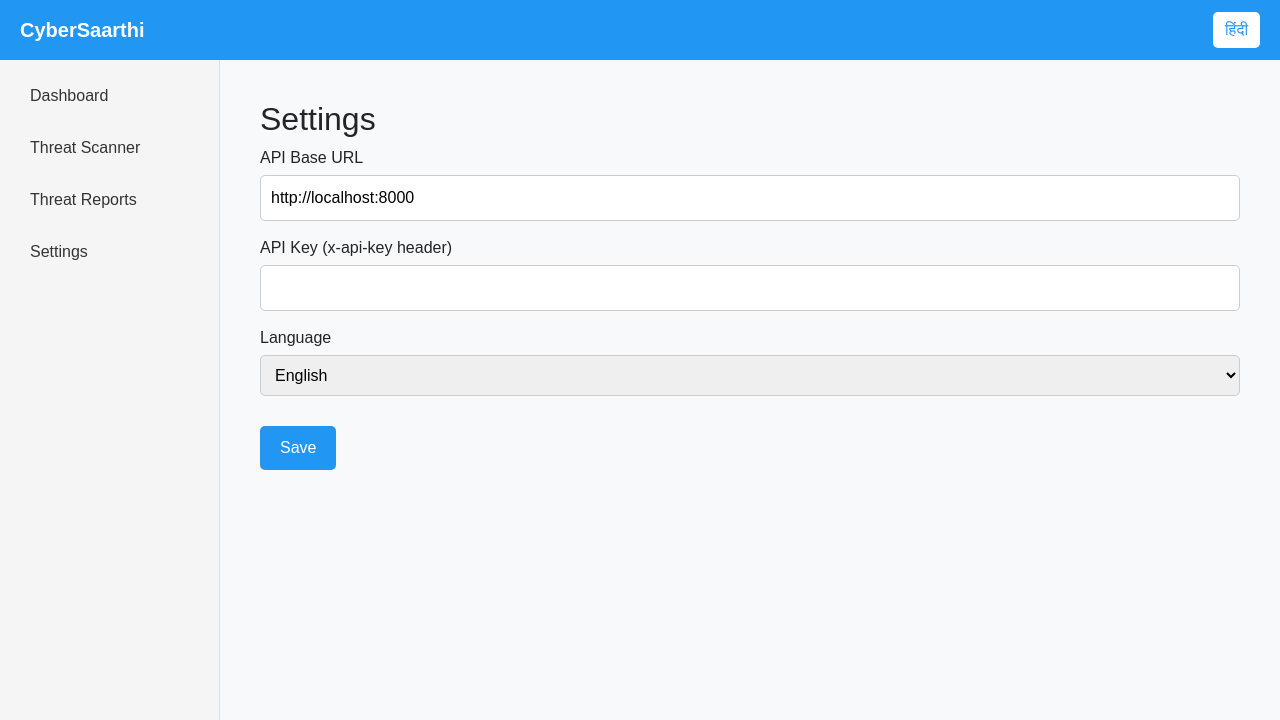
Repository: riyaaaa19/CyberSaarthi
Page: /settings (app in frontend/)
These files come from the project's save history. The page is drawn as it stood at one moment and after the next save; the edit follows.
The browser window is 1280 px wide. The pictures show the whole page.
The project was rebuilt for these pictures with package versions that can differ from the ones it lists, and the page was loaded fresh each time. Also part of the build but not shown: frontend/vite.config.ts, frontend/src/pages/Dashboard.js, frontend/src/pages/Scanner.js, frontend/src/pages/Reports.js.

Above is the page before, as saved 2025-08-20 23:42:50.

After the next save:
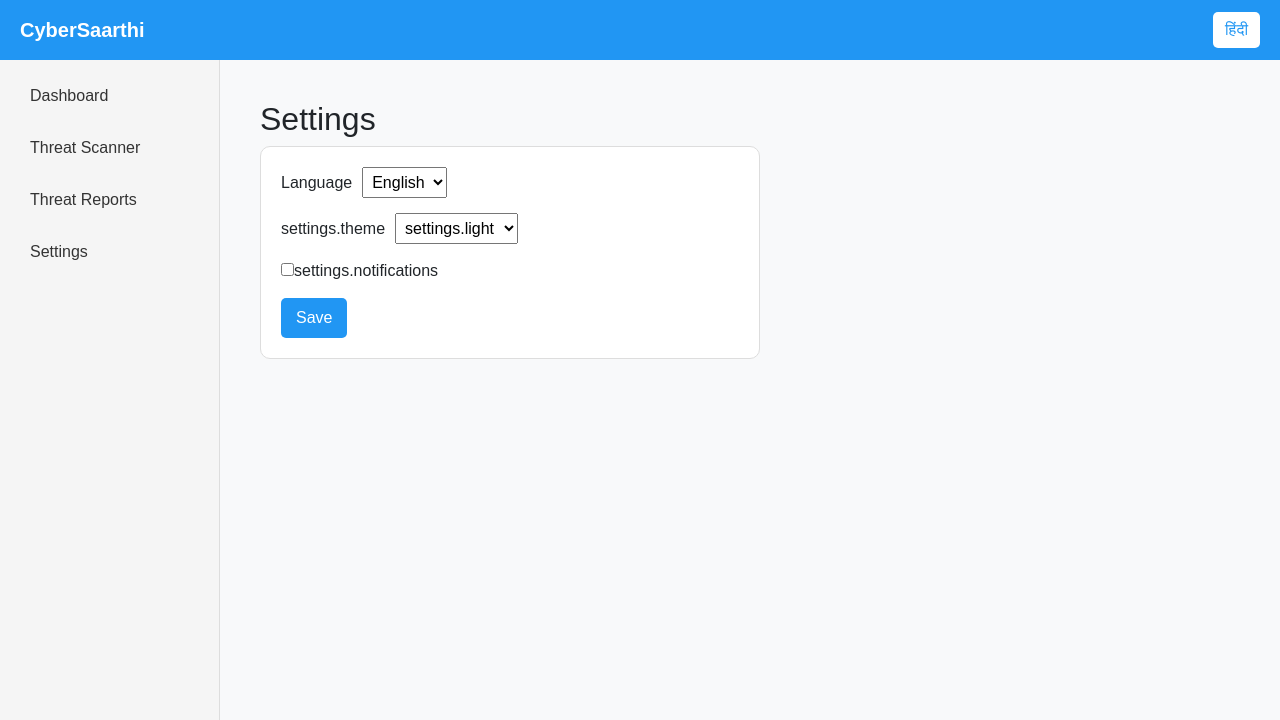
Saved 2 min 49 s later.
--- a/frontend/src/pages/Settings.js
+++ b/frontend/src/pages/Settings.js
@@ -1,39 +1,83 @@
 import React, { useState } from "react";
-import { setRuntimeConfig, API_BASE } from "../services/api";
-import { setLang, t } from "../i18n";
+import { t, setLang } from "../i18n";
 
 function Settings() {
-  const [apiBase, setApiBase] = useState(window.localStorage.getItem('API_BASE') || API_BASE || "http://localhost:8000");
-  const [apiKey, setApiKey] = useState(window.localStorage.getItem('API_KEY') || "");
-  const [lang, setLanguage] = useState(window.localStorage.getItem("LANG") || "en");
+  const [language, setLanguage] = useState(localStorage.getItem("LANG") || "en");
+  const [theme, setTheme] = useState(localStorage.getItem("THEME") || "light");
+  const [notifications, setNotifications] = useState(localStorage.getItem("NOTIFY") === "true");
 
-  const inputStyle = { width:"100%", padding:"10px", border:"1px solid #ccc", borderRadius:"5px", marginTop:"5px" };
-  const buttonStyle = { marginTop:"15px", padding:"10px 20px", border:"none", borderRadius:"5px", background:"#2196f3", color:"white", cursor:"pointer" };
+  const cardStyle = {
+    padding: "20px",
+    border: "1px solid #ddd",
+    borderRadius: "10px",
+    background: "#fff",
+    maxWidth: "500px"
+  };
 
-  const save = () => {
-    setRuntimeConfig({ apiBase, apiKey });
-    setLang(lang);
+  const saveSettings = () => {
+    localStorage.setItem("LANG", language);
+    localStorage.setItem("THEME", theme);
+    localStorage.setItem("NOTIFY", notifications);
+    setLang(language);
+    alert(t("settings.saved"));
   };
 
   return (
-    <div style={{ padding:"20px" }}>
+    <div style={{ padding: "20px" }}>
       <h2>{t("settings.title")}</h2>
-      <div style={{ marginBottom:"15px" }}>
-        <label>{t("settings.apiBase")}</label>
-        <input style={inputStyle} value={apiBase} onChange={(e)=>setApiBase(e.target.value)} />
+      <div style={cardStyle}>
+        {/* Language */}
+        <div style={{ marginBottom: "15px" }}>
+          <label>{t("settings.lang")}</label>
+          <select
+            value={language}
+            onChange={(e) => setLanguage(e.target.value)}
+            style={{ marginLeft: "10px", padding: "5px" }}
+          >
+            <option value="en">English</option>
+            <option value="hi">हिंदी</option>
+          </select>
+        </div>
+
+        {/* Theme */}
+        <div style={{ marginBottom: "15px" }}>
+          <label>{t("settings.theme")}</label>
+          <select
+            value={theme}
+            onChange={(e) => setTheme(e.target.value)}
+            style={{ marginLeft: "10px", padding: "5px" }}
+          >
+            <option value="light">{t("settings.light")}</option>
+            <option value="dark">{t("settings.dark")}</option>
+          </select>
+        </div>
+
+        {/* Notifications */}
+        <div style={{ marginBottom: "15px" }}>
+          <label>
+            <input
+              type="checkbox"
+              checked={notifications}
+              onChange={(e) => setNotifications(e.target.checked)}
+            />
+            {t("settings.notifications")}
+          </label>
+        </div>
+
+        <button
+          onClick={saveSettings}
+          style={{
+            padding: "8px 15px",
+            background: "#2196f3",
+            color: "white",
+            border: "none",
+            borderRadius: "5px",
+            cursor: "pointer"
+          }}
+        >
+          {t("settings.save")}
+        </button>
       </div>
-      <div style={{ marginBottom:"15px" }}>
-        <label>{t("settings.apiKey")}</label>
-        <input style={inputStyle} value={apiKey} onChange={(e)=>setApiKey(e.target.value)} />
-      </div>
-      <div style={{ marginBottom:"15px" }}>
-        <label>{t("settings.lang")}</label>
-        <select style={inputStyle} value={lang} onChange={(e)=>setLanguage(e.target.value)}>
-          <option value="en">English</option>
-          <option value="hi">हिंदी</option>
-        </select>
-      </div>
-      <button style={buttonStyle} onClick={save}>{t("settings.save")}</button>
     </div>
   );
 }
